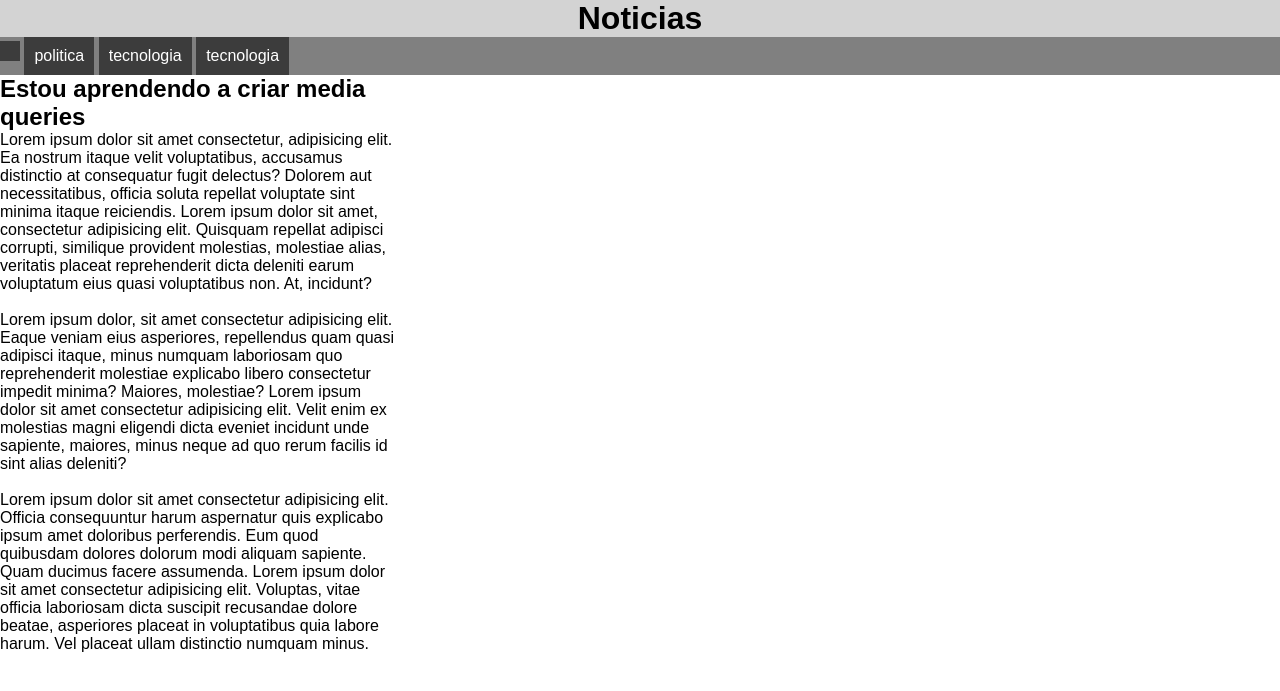
Repository: Lucianorodriguesdev/cursoHTML-CSS
Page: ex026/mq001/index.html
These files come from the project's save history. The page is drawn as it stood at one moment and after the next save; the edit follows.
The browser window is 1280 px wide. The pictures show the whole page.

Above is the page before, as saved 2026-07-13 17:19:20.

After the next save:
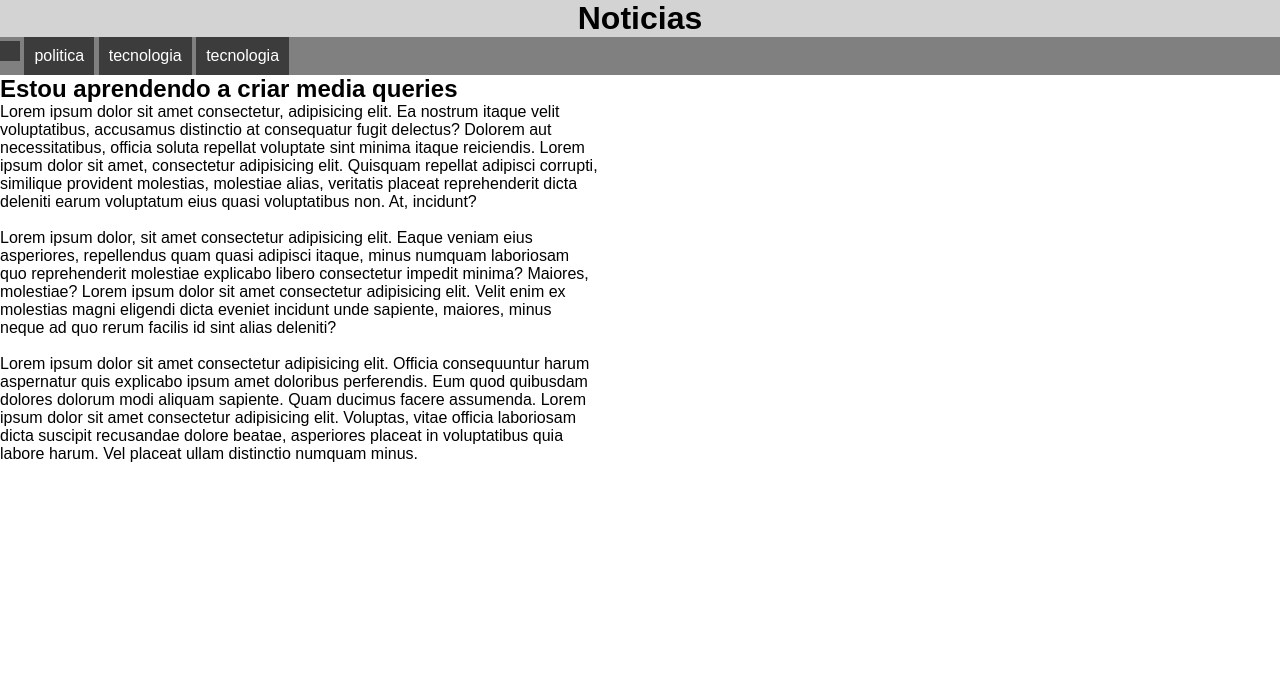
Saved 22 s later.
--- a/ex026/mq001/estilo/tela.css
+++ b/ex026/mq001/estilo/tela.css
@@ -26,5 +26,6 @@ menu li{
       color: white;
 }
 article{
-    width: 400px;
+    width: 600px;
+    display: block;
 }
